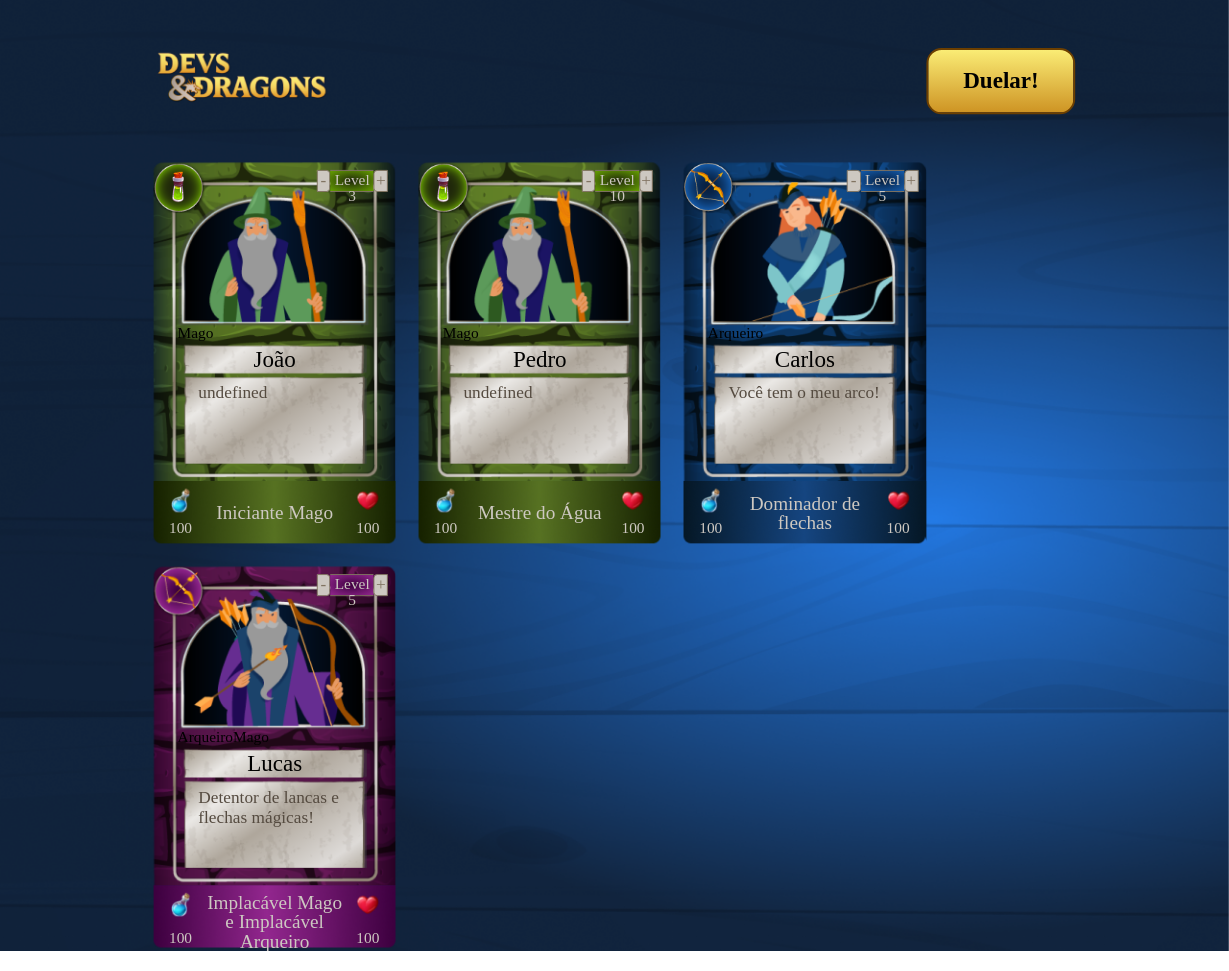
Repository: joaoPraiaJunior/js-classes-herencas-poo
Page: index.html
The author's editor kept a copy of each file at every save. The page is drawn from the files as they stood at one save, then again after the next save.
The browser window is 1280 px wide. The pictures show the whole page, at 96% of full size.
Some web fonts or font styles are not loaded; a fallback is used.

Above is the page before, as saved 2024-09-09 22:22:02.

### index.html
<!DOCTYPE html>
<html lang="pt-BR" dir="ltr">

<head>
    <meta charset="UTF-8">
    <meta http-equiv="X-UA-Compatible" content="IE=edge">
    <meta name="viewport" content="width=device-width, initial-scale=1.0">
    <title>Cartas Personagens</title>
    <link rel="stylesheet" href="./src/assets/css/reset.css">
    <link rel="stylesheet" href="./src/assets/css/style.css">
    <link rel="stylesheet" href="./src/assets/css/modal.css">
    <link rel="icon" type="image/x-icon" href="./src/assets/img/favicon.png">
    <link href="https://fonts.googleapis.com/css2?family=Smythe&family=UnifrakturMaguntia&display=swap"
        rel="stylesheet">
    <link href="https://maxcdn.bootstrapcdn.com/font-awesome/4.7.0/css/font-awesome.min.css" rel="stylesheet">
</head>

<body>
    <header>
        <h1 class="titulo"><img src="./src/assets/img/logo.png" alt="logo Devs&Dragons"></h1>
        <button class="botao-duelar">Duelar!</button>
    </header>

    <ul id="personagens" class="personagens"></ul>

    <div class="fundo-modal" id="fundo-modal"></div>
    <div class="modal" id="modal">
        <img src="./src/assets/img/trofeu.png" alt="">
        <span class="mensagem"></span>
        <button class="modal-fechar-botao" id="fechar-botao"><i class="fa fa-times"></i></button>
    </div>

    <script type="module" src="./src/index.js"></script>
</body>

</html>

### src/assets/css/style.css
:root {
    --fonte-titulo-cartas: 'UnifrakturMaguntia', cursive;
    --fonte-textos: 'Smythe', cursive;
}

/*Genéricos*/

body {
    font-family: var(--fonte-textos);
    background-image: url(../img/fundo-madeira.png);
    height: 100vh;
}

header,
.personagens {
    width: 75%;
    margin: auto;
}

header {
    display: flex;
    justify-content: space-between;
    margin-top: 50px;
    margin-bottom: 50px;
    max-width: 1357px;
}

.titulo {
    color: white;
    font-size: 48px;
}

.botao-duelar {
    background: linear-gradient(180deg, #FAEC75 0%, #CE9424 100%);
    border: 2px solid #6C3F00;
    border-radius: 16px;
    font-family: var(--fonte-titulo-cartas);
    font-weight: 700;
    font-size: 24px;
    line-height: 31px;
    padding: 8px 36px;
}

.personagens {
    display: flex;
    flex-wrap: wrap;
    gap: 1.5rem;
    max-width: 1357px;
}

.personagem {
    width: 252.18px;
    cursor: pointer;
    transition: all 0.3s;
}

.personagem.selecionado {
    transform: translateY(-1.25rem);
}

.container-superior {
    height: 332px;
    position: relative;
}

.cabecalho {
    display: flex;
    justify-content: space-between;
    margin-bottom: 137px;
}

.combate {
    height: 53.33px;
    width: 53.33px;
    background-size: contain;
}

.level {
    height: 22.86px;
    display: flex;
    width: 74.66px;
    align-items: center;
    margin-top: 8px;
    margin-right: 8px;
    position: relative;
    z-index: 99;
}

.aumentar-level,
.diminuir-level {
    font-family: var(--fonte-textos);
    color: #817462;
    font-size: 18px;
    background-color: #CDC8C1;
    width: 14.86px
}

.aumentar-level {
    border: 1px solid #817462;
    border-radius: 4px 0 0 4px;
}

.diminuir-level {
    border: 1px solid #817462;
    border-radius: 0 4px 4px 0;
}

.level-texto {
    width: 45.71px;
    border-bottom: 1px solid #817462;
    border-top: 1px solid #817462;
    color: #CDC8C1;
    text-align: center;
    height: 22.86px;
    padding-top: 2px;
}

.container-imagem {
    height: 160px;
    height: 166px;
    width: 79%;
    position: absolute;
    top: 21px;
    left: 25px;
}

.imagem {
    height: 148.56px;
}

.container-static tipo {
    background-image: url(../img/tarja-azul.png);
    background-repeat: no-repeat;
    height: 40px;
    width: 78%;
    position: absolute;
    top: 125px;
    left: 25px;
}

.static tipo {
    font-family: var(--fonte-titulo-cartas);
    text-align: center;
    padding: 12px 0;
    font-weight: 700;
    font-size: 22px;
}

.container-nome {
    background-image: url(../img/fundo-nome.png);
    background-repeat: no-repeat;
    height: 31.63px;
    width: 191px;
    margin: auto;

}

.nome {
    font-size: 24px;
    line-height: 30px;
    text-align: center;

}

.container-descricao {
    background-image: url(../img/fundo-descricao.png);
    background-repeat: no-repeat;
    height: 92px;
    width: 191px;
    margin: auto;
}

.descricao {
    font-size: 18px;
    line-height: 21px;
    color: #554B40;
    padding: 8px 16px;
}

.container-inferior {
    height: 65px;
    gap: 8px;
    display: grid;
    padding: 8px 16px;
    grid-template-columns: auto 1fr auto;
    grid-template-areas:
        "mana insignia vida"
        "valor-mana insignia valor-vida";
}

.mana,
.vida,
.insignia {
    color: #CDC8C1;
}

.mana {
    grid-area: valor-mana;
}

.vida {
    grid-area: valor-vida;
}

.icone-vida {
    grid-area: vida;
}

.icone-mana {
    grid-area: mana;
}

.insignia {
    grid-area: insignia;
    justify-self: center;
    align-self: center;
    font-size: 20px;
    text-align: center;

}

/*Mago*/

.Mago .container-superior {
    background-image: url(../img/fundo-carta-verde.png);
}

.Mago .container-inferior {
    background-image: url(../img/retangulo-verde.png);
}

.Mago .combate {
    background-image: url(../img/combate-mago.png);
}

.Mago .level-texto {
    background: radial-gradient(#1F270A, #66A002);
}

.Mago .imagem {
    background-image: url(../img/mago.png);
    background-repeat: no-repeat;
}

/*Arqueiro*/

.Arqueiro .container-superior {
    background-image: url(../img/fundo-carta-azul.png);
}

.Arqueiro .container-inferior {
    background-image: url(../img/retangulo-azul.png);
}

.Arqueiro .combate {
    background-image: url(../img/combate-arqueiro.png);
}

.Arqueiro .level-texto {
    background: radial-gradient(#072041, #145BAB);
}

.Arqueiro .imagem {
    background-image: url(../img/arqueiro.png);
    background-repeat: no-repeat;
}

/*Guerreiro*/

.Guerreiro .container-superior {
    background-image: url(../img/fundo-carta-vermelha.png);
}

.Guerreiro .container-inferior {
    background-image: url(../img/retangulo-vermelho.png);
}

.Guerreiro .combate {
    background-image: url(../img/combate-guerreiro.png);
}

.Guerreiro .level-texto {
    background: radial-gradient(#56272D, #C1272D);
}

.Guerreiro .imagem {
    background-image: url(../img/guerreiro.png);
    background-repeat: no-repeat;
}

/*ArqueiroMago*/

.ArqueiroMago .container-superior {
    background-image: url(../img/fundo-carta-roxa.png);
}

.ArqueiroMago .container-inferior {
    background-image: url(../img/retangulo-roxo.png);
}

.ArqueiroMago .combate {
    background-image: url(../img/combate-arqueiro-Mago.png);
}

.ArqueiroMago .level-texto {
    background: radial-gradient(#3D003F, #93278F);
}

.ArqueiroMago .imagem {
    background-image: url(../img/arqueiro-mago.png);
    background-repeat: no-repeat;
}

### src/assets/css/modal.css
.modal {
    pointer-events: none;
    opacity: 0;
    transition: opacity 0.3s;
    position: absolute;
    top: 40%;
    left: 0;
    right: 0;
    width: 336px;
    height: 120px;
    margin: 0 auto;
    padding: 30px;
    background: #fff;
    border-radius: 4px;
    box-shadow: 0 3px 10px rgba(0, 0, 0, 0.3);
    background: linear-gradient(180deg, #FAEC75 0%, #CE9424 100%);
    border: 2px solid #6C3F00;
    z-index: 100;
    display: flex;
    align-items: center;
}

.modal-fechar-botao {
    position: absolute;
    right: 10px;
    top: 10px;
    font-size: 20px;
}

.fundo-modal {
    pointer-events: none;
    opacity: 0;
    transition: opacity 0.3s;
    position: fixed;
    top: 0;
    left: 0;
    right: 0;
    bottom: 0;
    width: 100%;
    height: 100%;
    background-color: rgba(0, 0, 0, 0.5);
    z-index: 99;
}

.visivel {
    opacity: 1;
    pointer-events: auto;
}

.mensagem {
    font-size: 24px;
    line-height: 28px;
    color: #6C3F00;
    margin-left: 24px;
}

### src/index.js
import { PersonagemView } from './components/personagem-view.js';
import { Arqueiro } from './modules/Arqueiro.js';
import { Mago } from './modules/Mago.js';
import { ArqueiroMago } from './modules/arqueiro-mago.js';


const magoJoao = new Mago('João', 3, 'Fogo', 7, 2);
const magoJulia = new Mago('Pedro', 10, 'Água', 5, 7);
const arqueiroCarlos = new Arqueiro('Carlos', 5, 7);
const arqueiroMagoLucas = new ArqueiroMago('Lucas', 5, 7, 'Ar', 3, 7);

const personagens = [magoJoao, magoJulia, arqueiroCarlos, arqueiroMagoLucas];
const personagemView = new PersonagemView(personagens);
personagemView.render();

### src/components/personagem-view.js
export class PersonagemView {

    personagens

    constructor(personagens) {
        this.personagens = personagens
        this.ulPersonagens = document.querySelector('ul#personagens')
    }

    render() {
        this.ulPersonagens.innerHTML = ''
        this.personagens.forEach(personagem => {
            const personagemLI = this.criaPersonagem(personagem)
            this.ulPersonagens.appendChild(personagemLI)
        })
    }

    criaPersonagem = (personagem) => {
        const personagemLI = document.createElement('li')
        personagemLI.classList.add('personagem', personagem.constructor.tipo)

        //const estaSelecionado = this.personagensSelecionados.indexOf(personagem) !== -1 //sintaxe para quando encontra no array

        //if (estaSelecionado) personagemLI.classList.add('selecionado')

        personagemLI.innerHTML =

        `
        <div class="container-superior">
            <div class="cabecalho">
                <div class="combate"></div>
                <div class="level">
                    <button class="diminuir-level">-</button>
                    <p class="level-texto">Level ${personagem.level}</p>
                    <button class="aumentar-level">+</button>
                </div>
            </div>
            <div class="container-imagem">
                <div class="imagem"></div>
                <div class="container-tipo">
                    <h2 class="tipo">${personagem.constructor.tipo}</h2>
                </div>
            </div>
            <div class="container-nome">
                <h3 class="nome">${personagem.nome}</h3>
            </div>
            <div class="container-descricao">
                <p class="descricao">${personagem.descricao}</p>
            </div>
        </div>
        <div class="container-inferior">
            <img src="./src/assets/img/icone-mana.png" class="icone-mana">
            <p class="insignia">${personagem.obterInsignia()}</p>
            <img src="./src/assets/img/icone-vida.png" class="icone-vida">
            <h4 class="mana">${personagem.mana}</h4>
            <h4 class="vida">${personagem.vida}</h4>
        </div>
        `

        /*const containerLevel = personagemLI.querySelector('.level')
        containerLevel.onclick = (evt) => {
            evt.stopPropagation()

            if (evt.target.classList.contains('diminuir-level')) personagem.diminuirLevel()

            if (evt.target.classList.contains('aumentar-level')) personagem.aumentarLevel()

            this.render()
        }*/


        /*personagemLI.onclick = () => {
            const jaTem2Selecionados = this.personagensSelecionados.length === 2
            if (!jaTem2Selecionados || estaSelecionado) {
                personagemLI.classList.toggle('selecionado')

                if (!estaSelecionado) return this.adicionaSelecao(personagem)

                this.removeSelecao(personagem)
            }
        }*/

        return personagemLI
    }


    /*adicionaSelecao = (personagem) => {
        this.personagensSelecionados.push(personagem)
        this.render()
    }


    removeSelecao = (personagem) => {
        const indexDoPersonagemNoArray = this.personagensSelecionados.indexOf(personagem)
        this.personagensSelecionados.splice(indexDoPersonagemNoArray, 1)
        this.render()
    }

    escutarEventoDuelo() {
        const botaoDuelar = document.querySelector('.botao-duelar')

        botaoDuelar.addEventListener('click', () => {
            if (this.personagensSelecionados.length < 2) return mostrarModal('Selecione 2 personagens')

            const resultadoDuelo = Personagem.verificarVencedor(this.personagensSelecionados[0], this.personagensSelecionados[1])

            mostrarModal(resultadoDuelo)

            this.personagensSelecionados.splice(0, this.personagensSelecionados.length)

            this.render()
        })
    }*/
}

### src/modules/Arqueiro.js
import { Personagem } from './Personagem.js';

export class Arqueiro extends Personagem {
    static tipo = 'Arqueiro'
    destreza
    descricao = 'Você tem o meu arco!'

    constructor(nome, level, destreza, descricao) {
        super(nome, level, descricao)
        this.destreza = destreza
    }

    obterInsignia() {
        if(this.destreza >= 5) {
            return `Dominador de flechas`
        }
        return super.obterInsignia()
    }
}

### src/modules/Mago.js
import { Personagem } from './Personagem.js'

export class Mago  extends Personagem {

    elementoMagico
    levelMagico
    inteligencia
    static tipo = 'Mago'
    static descricao ='O mago é implacável!'

    constructor(nome, level, elementoMagico, levelMagico, inteligencia) {
        super(nome, level)
        this.elementoMagico = elementoMagico
        this.levelMagico = levelMagico
        this.inteligencia = inteligencia
    }

    obterInsignia() {
        if(this.levelMagico >= 5 && this.inteligencia >= 5) {
            return `Mestre do ${this.elementoMagico}`
        }
        return super.obterInsignia()
    }
}

### src/modules/arqueiro-mago.js
import { Arqueiro } from "./Arqueiro.js";
import { Mago } from "./Mago.js";
import { Personagem } from "./Personagem.js";


export  class ArqueiroMago extends Personagem {
    static tipo = 'ArqueiroMago'
    ladoMago
    ladoArqueiro
    descricao = 'Detentor de lancas e flechas mágicas!'

    constructor(nome, level, descricao, destreza, elementoMagico, levelMagico, inteligencia) {
        super(nome, level, descricao)
        this.ladoMago = new Mago(nome, level, elementoMagico, levelMagico, inteligencia)
        this.ladoArqueiro = new Arqueiro(nome, level, destreza)
    }

    obterInsignia() {
        return `${this.ladoMago.obterInsignia()} e ${this.ladoArqueiro.obterInsignia()}`
    }
}

### src/modules/Personagem.js
export class Personagem {
    nome
    vida
    mana
    level
    static descricao

    constructor(nome, level, vida, mana, tipo, descricao) {
        this.nome = nome;
        this.level = level;
        this.vida = 100;
        this.mana = 100;
        this.descricao = descricao;
    }

    obterInsignia() {
        if(this.level >= 5) {
            return `Implacável ${this.constructor.tipo} `
        }

        return `Iniciante ${this.constructor.tipo}`
    }
}

Loaded but not shown: src/assets/css/reset.css (common file)

After the next save:
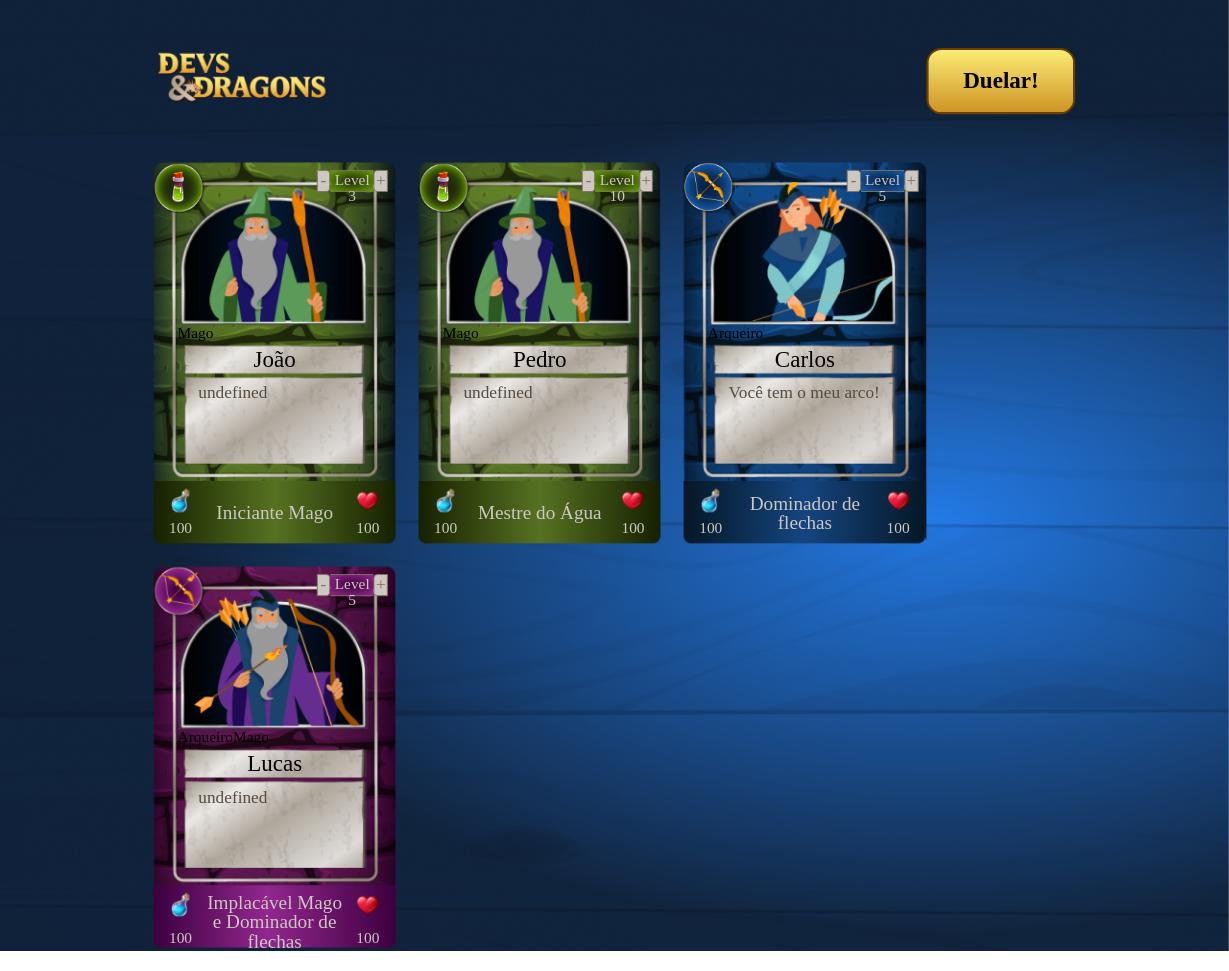
Saved 43 s later.
--- a/src/modules/arqueiro-mago.js
+++ b/src/modules/arqueiro-mago.js
@@ -7,10 +7,10 @@
     static tipo = 'ArqueiroMago'
     ladoMago
     ladoArqueiro
-    descricao = 'Detentor de lancas e flechas mágicas!'
+    static descricao ='Detentor de lancas e flechas mágicas!'
 
-    constructor(nome, level, descricao, destreza, elementoMagico, levelMagico, inteligencia) {
-        super(nome, level, descricao)
+    constructor(nome, level, destreza, elementoMagico, levelMagico, inteligencia) {
+        super(nome, level)
         this.ladoMago = new Mago(nome, level, elementoMagico, levelMagico, inteligencia)
         this.ladoArqueiro = new Arqueiro(nome, level, destreza)
     }
